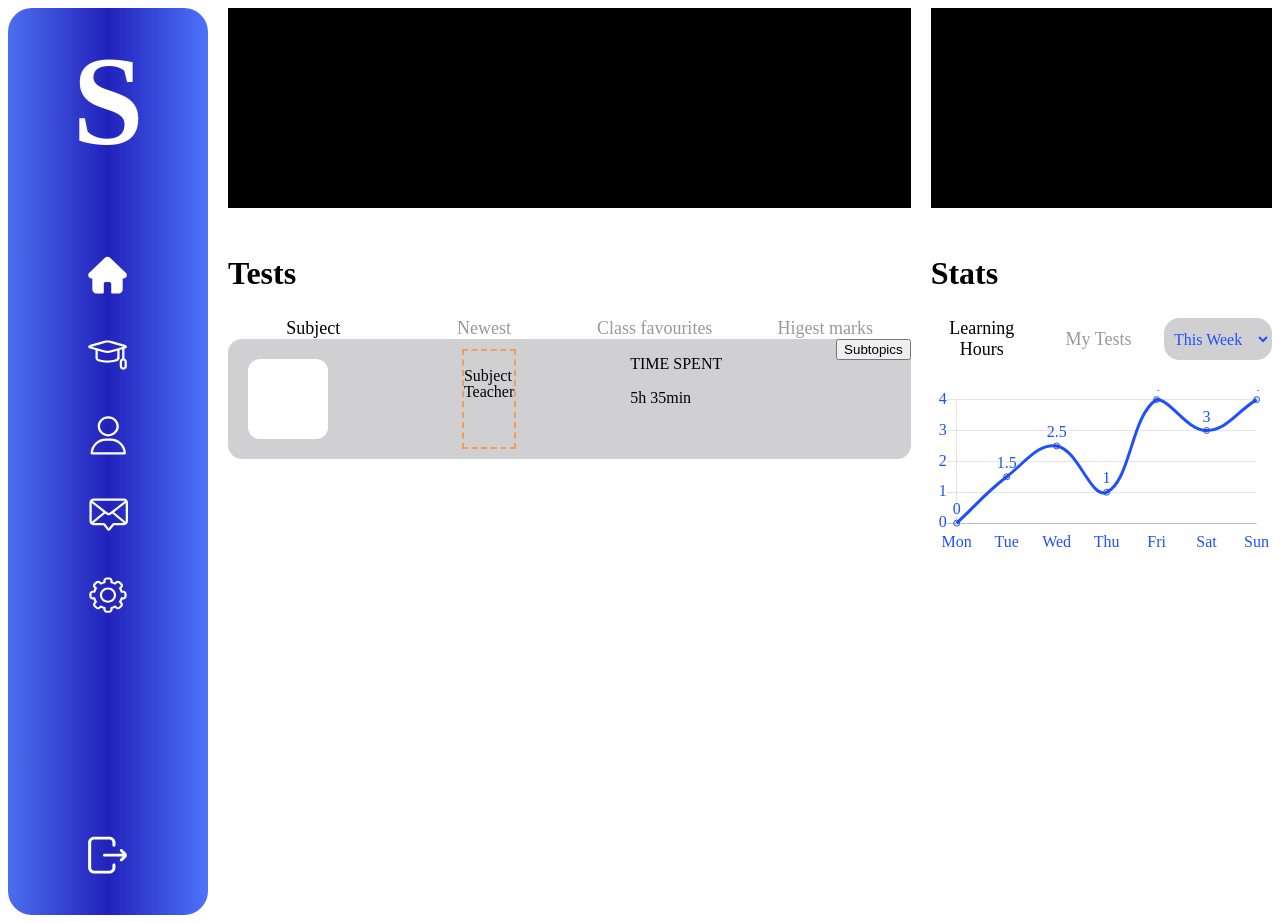
Repository: rafalzacher1/smartify-interface
Page: home.html
The author's editor kept a copy of each file at every save. The page is drawn from the files as they stood at one save, then again after a run of saves.
The browser window is 1280 px wide. The pictures show the whole page.
Some web fonts or font styles are not loaded; a fallback is used. Some web libraries are served in a nearby version.

Above is the page before, as saved 2022-06-30 04:52:37.

After the next 3 saves:
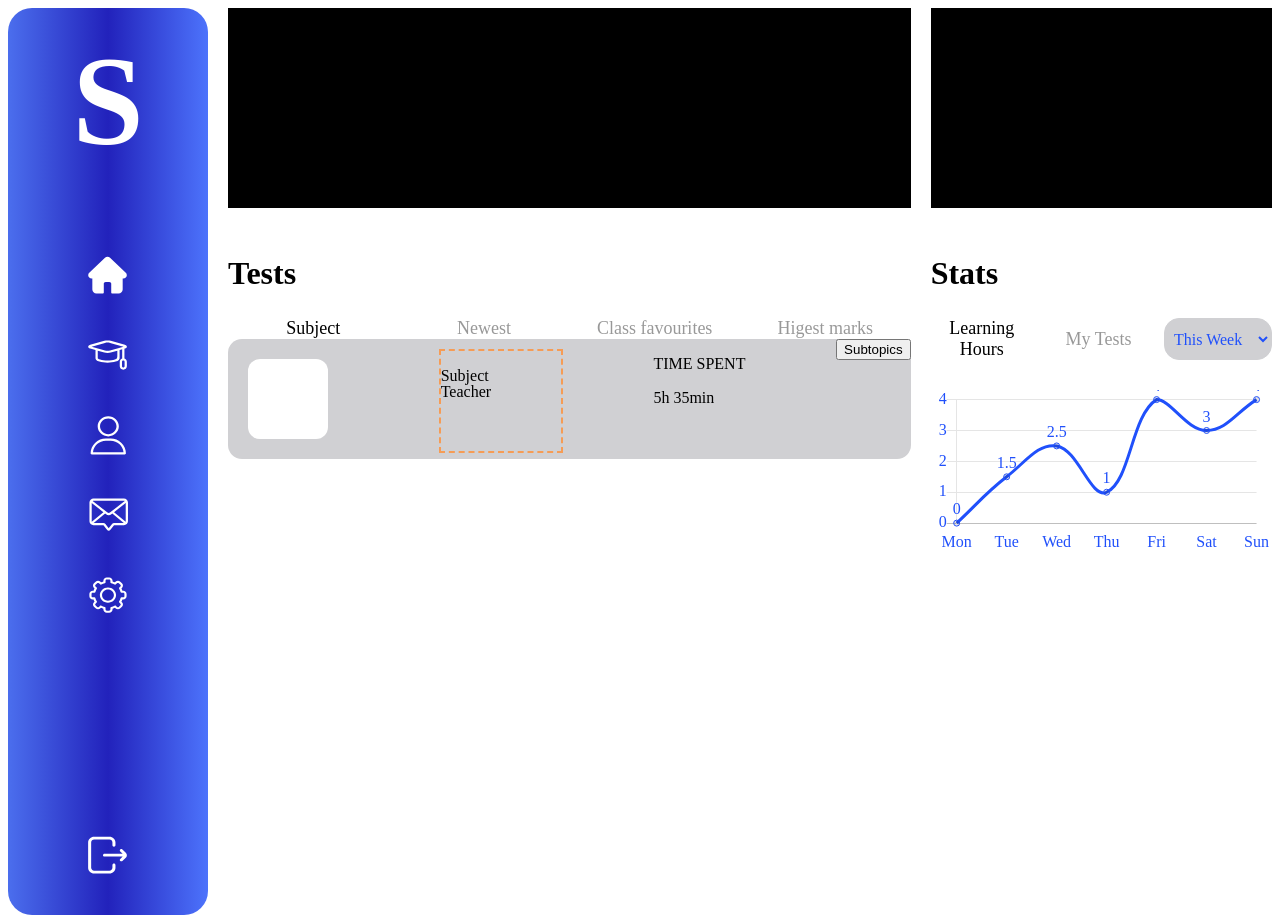
The 3 saves are shown as one change because they came seconds apart.
The last was saved 12 s later.
--- a/styles/tests.css
+++ b/styles/tests.css
@@ -50,9 +50,9 @@ input[type="reset"] {
 }
 
 .class-info {
-    /* display: inline-block;
+    display: inline-block;
     width: 120px;
-    height: 100px; */
+    height: 100px;
     /* line-height: 200px; */
     /* text-align: center; */
     margin: 10px 0;
